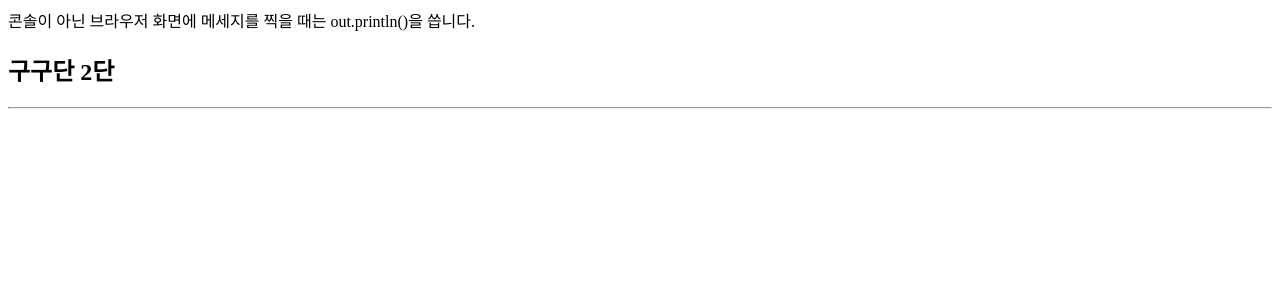
Repository: developedbyssony/JSP
Page: http://localhost/JSPbasic/jsptag/scriptlet.jsp
The author's editor kept a copy of each file at every save. The page is drawn from the files as they stood at one save, then again after a run of saves.
The browser window is 1280 px wide. The pictures show the whole page.
The page is served by Tomcat 9.

Above is the page before, as saved 2022-03-22 11:23:58.

After the next 3 saves:
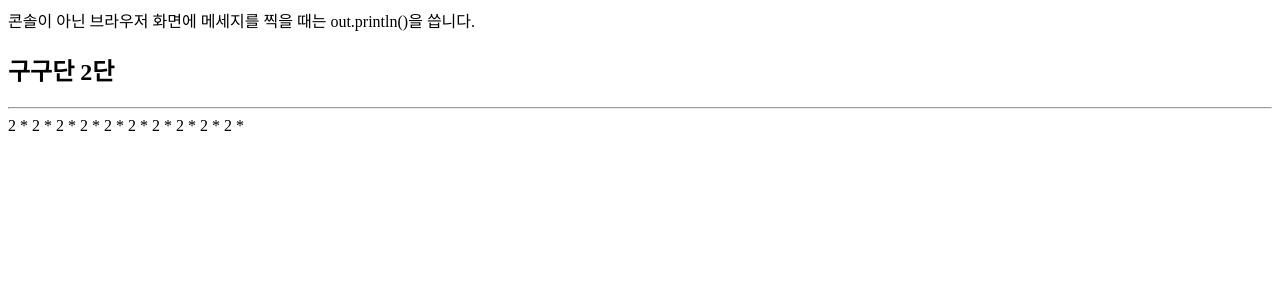
The 3 saves are shown as one change because 2 did not build or start.
The last was saved 13 min 38 s later.
--- a/JSPbasic/src/main/webapp/jsptag/scriptlet.jsp
+++ b/JSPbasic/src/main/webapp/jsptag/scriptlet.jsp
@@ -10,6 +10,8 @@
 	<% System.out.println("콘솔에 메세지를 찍을 때는 System.out.println()을 씁니다.");
 	out.println("콘솔이 아닌 브라우저 화면에 메세지를 찍을 때는 out.println()을 씁니다.");%>
 	<h2>구구단 2단</h2><hr />
-
+	<% for(int i=0; i < 10; i++) {
+		out.println("2 *");
+	} %>
 </body>
 </html>
